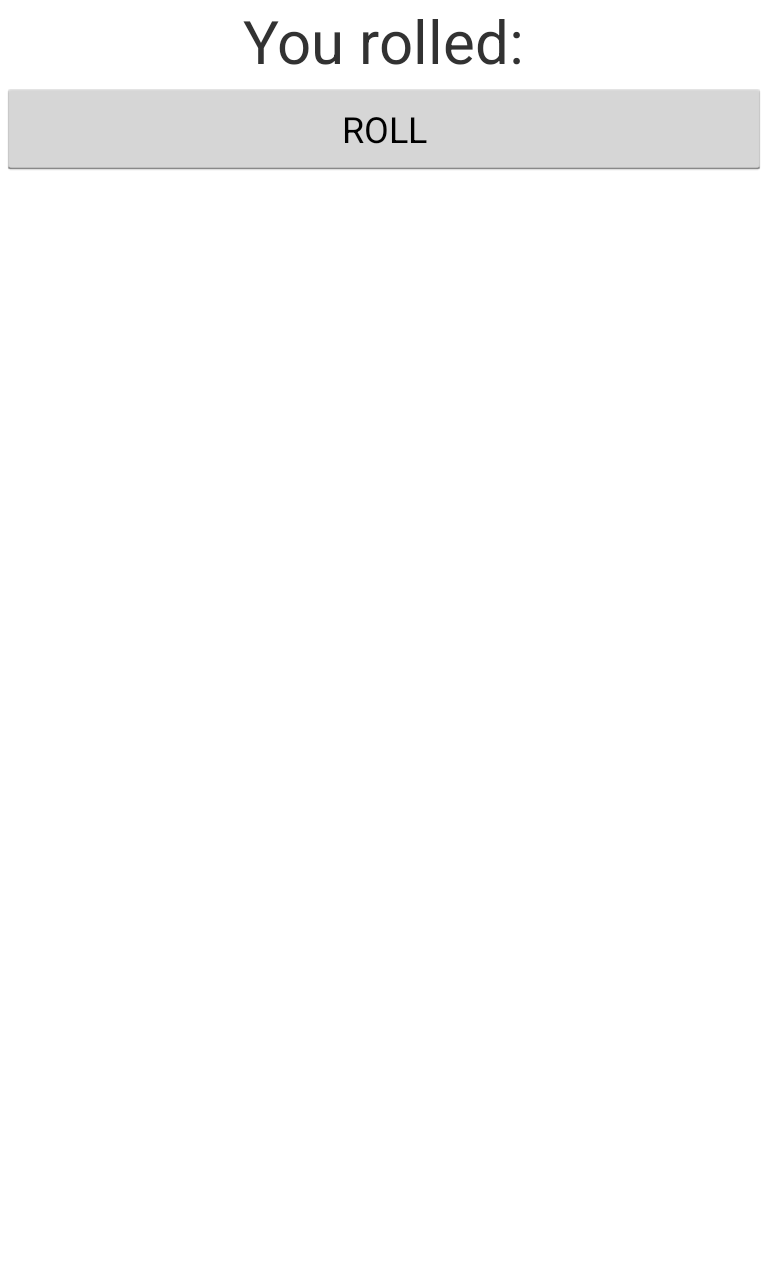
Repository: Bjodol/Roller
Layout: Roller/res/layout/dice_thrower.xml
The author's editor kept a copy of each file at every save. The layout is drawn from the files as they stood at one save, then again after the next save.
It is drawn on a 768 x 1280 px phone screen (xhdpi) without system bars, with theme AppTheme; the app's code is not run. The app's manifest (not shown) leaves right-to-left support off. So textAlignment, textDirection and layoutDirection are ignored, and left and right values win over start and end ones.

Above is the layout before, as saved 2013-08-29 10:06:47.

### Roller/res/layout/dice_thrower.xml
<?xml version="1.0" encoding="utf-8"?>
<LinearLayout xmlns:android="http://schemas.android.com/apk/res/android"
    android:layout_width="match_parent"
    android:layout_height="match_parent"
    android:orientation="vertical" >

    <TextView
        android:layout_width="wrap_content"
        android:layout_height="wrap_content"
        android:layout_gravity="center_horizontal"
        android:text="@string/youRolled"
        android:textAlignment="center"
        android:textSize="30"
        />"

    <Button
        android:layout_width="fill_parent"
        android:layout_height="wrap_content"
        android:layout_gravity="center_horizontal"
        android:text="@string/roll" />

</LinearLayout>

### Roller/res/values/strings.xml
<?xml version="1.0" encoding="utf-8"?>
<resources>

    <string name="app_name">Roller</string>
    <string name="action_settings">Settings</string>
    <string name="d20">D20</string>
    <string name="d12">D12</string>
    <string name="d10">D10</string>
    <string name="d8">D8</string>
    <string name="d6">D6</string>
    <string name="d4">D4</string>
    <string name="roll">ROLL</string>
    <string name="youRolled">You rolled:</string>

</resources>

Loaded but not shown: Roller/res/values/styles.xml (common file); Roller/res/values-v11/styles.xml (common file); Roller/res/values-v14/styles.xml (common file)

After the next save:
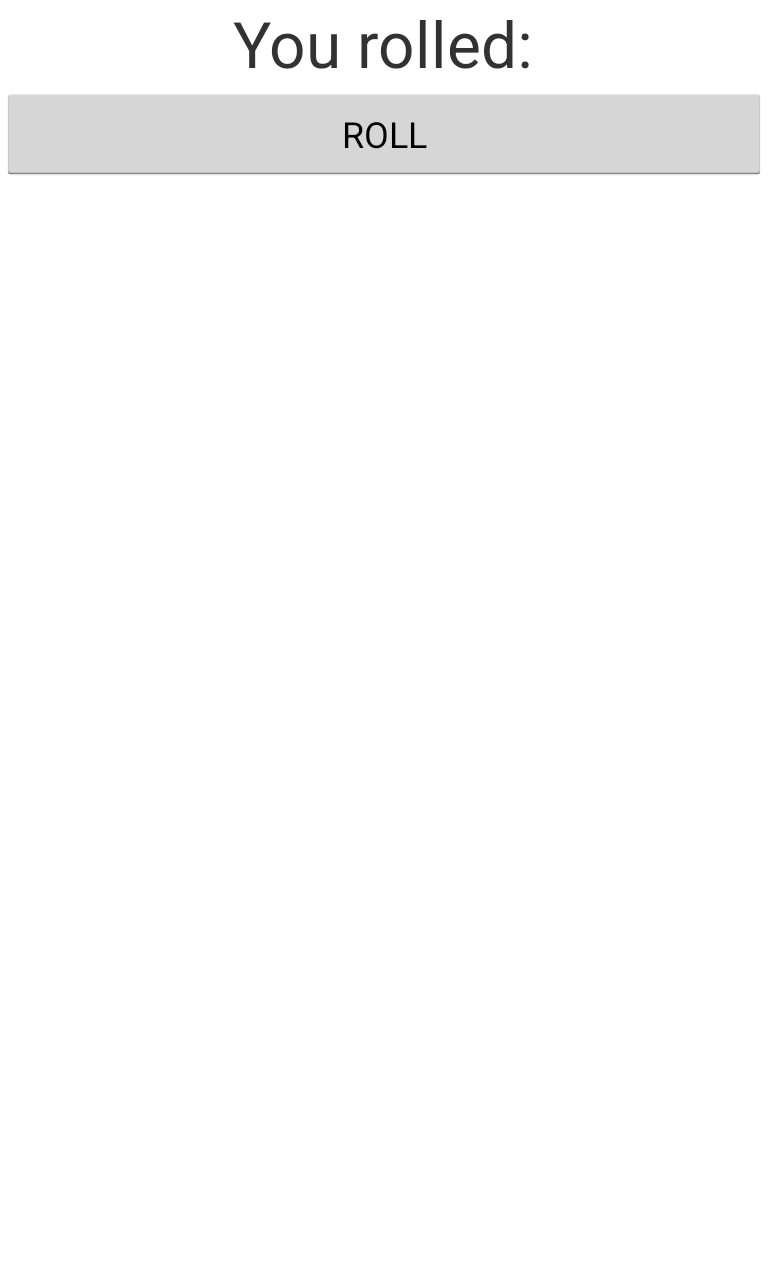
Saved 34 s later.
--- a/Roller/res/layout/dice_thrower.xml
+++ b/Roller/res/layout/dice_thrower.xml
@@ -10,8 +10,10 @@
         android:layout_gravity="center_horizontal"
         android:text="@string/youRolled"
         android:textAlignment="center"
-        android:textSize="30"
-        />"
+        android:textSize="32"
+        />
+
+    "
 
     <Button
         android:layout_width="fill_parent"
